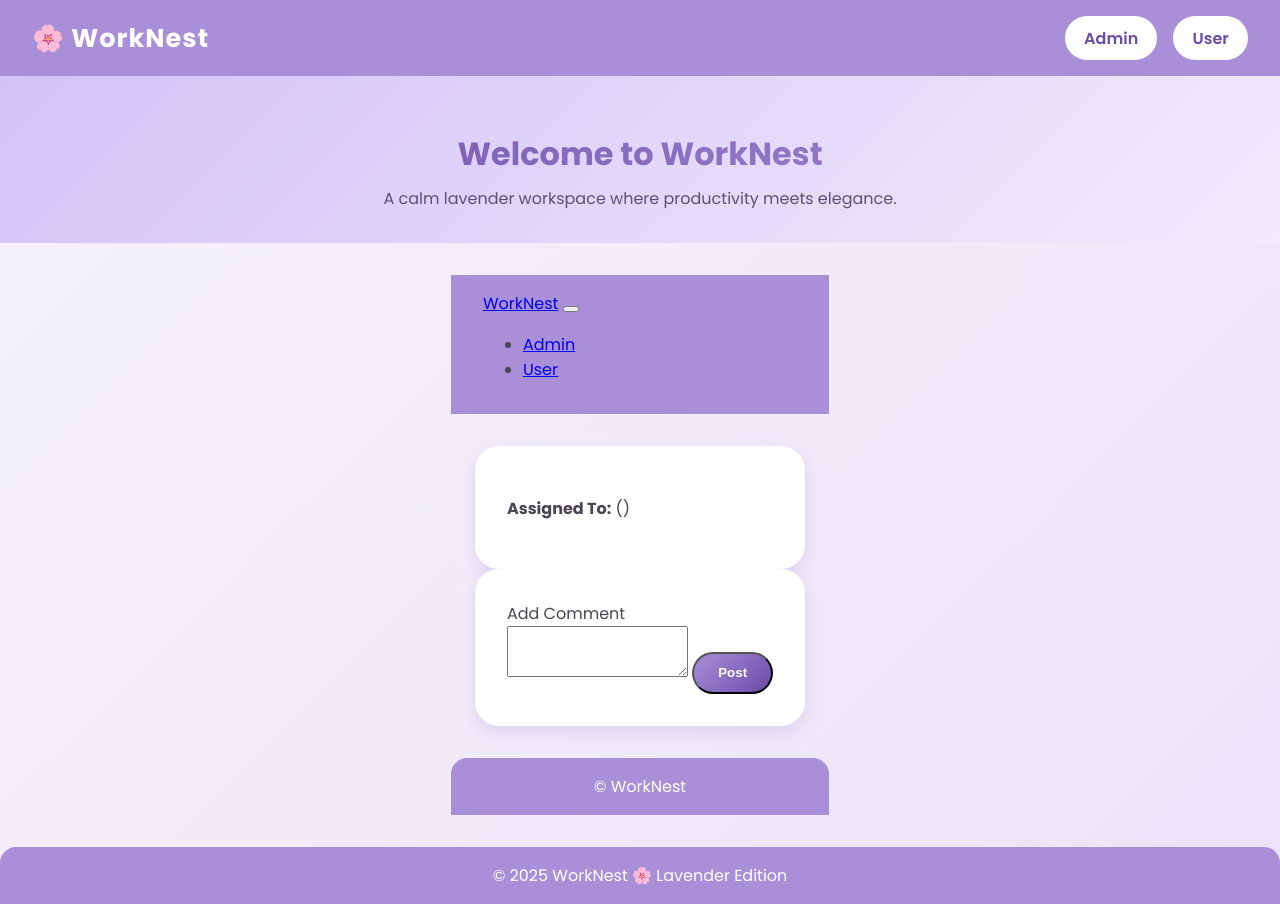
Repository: Sourav5harma/WiproProject
Page: http://localhost/WorkNestApp/WEB-INF/jsp/task-view.jsp
These files come from the project's save history. The page is drawn as it stood at one moment and after the next save; the edit follows.
The browser window is 1280 px wide. The pictures show the whole page.
The page is served by Tomcat 9. Nobody is signed in. Other server files are loaded and not shown. The template is opened directly, without the code that normally fills it, so the values that code supplies are empty.

Above is the page before, as saved 2025-08-26 02:46:21.

### WorkNestApp/src/main/webapp/WEB-INF/jsp/task-view.jsp
<%@ page contentType="text/html;charset=UTF-8" language="java" %>
<%@ taglib prefix="c" uri="http://java.sun.com/jsp/jstl/core" %>
<!DOCTYPE html>
<html lang="en">
<head>
  <title>WorkNest</title>
  <link href="https://fonts.googleapis.com/css2?family=Poppins:wght@400;600;700&display=swap" rel="stylesheet">
  <style>
    body { margin:0; min-height:100vh; display:flex; flex-direction:column;
           font-family:'Poppins',sans-serif; background:linear-gradient(135deg,#f6f3fa,#ebe3f8); color:#4b4453; }
    nav { display:flex; justify-content:space-between; align-items:center; background:#a88fd8; padding:1rem 2rem; }
    nav .title { font-size:1.6rem; font-weight:700; color:white; letter-spacing:1px; }
    nav .actions { display:flex; gap:1rem; }
    nav .actions a { padding:0.6rem 1.2rem; border-radius:30px; background:white; color:#6a4ba8;
                     font-weight:600; text-decoration:none; transition:all 0.3s ease; }
    nav .actions a:hover { background:#d3c2f7; color:white; }
    .hero { text-align:center; padding:2rem 1rem; background:linear-gradient(135deg,#d3c2f7,#f1ebfc); }
    .hero h1 { font-size:2rem; margin-bottom:0.5rem; background:linear-gradient(to right,#6a4ba8,#a88fd8);
               -webkit-background-clip:text; -webkit-text-fill-color:transparent; }
    .hero p { font-size:1rem; color:#5a5270; max-width:600px; margin:0 auto; }
    .container { flex-grow:1; max-width:1000px; margin:2rem auto; padding:0 1.5rem; }
    .card { background:white; padding:2rem; border-radius:1.5rem; box-shadow:0 6px 16px rgba(168,143,216,0.25);
            transition:transform 0.3s, box-shadow 0.3s; }
    .card:hover { transform:translateY(-6px); box-shadow:0 10px 22px rgba(168,143,216,0.35); }
    footer { background:#a88fd8; color:white; padding:1rem; text-align:center; border-top-left-radius:1rem;
             border-top-right-radius:1rem; margin-top:auto; }
    .btn { display:inline-block; padding:0.7rem 1.5rem; border-radius:50px;
           background:linear-gradient(135deg,#a88fd8,#6a4ba8); color:white; font-weight:600; text-decoration:none; transition:all 0.3s ease; }
    .btn:hover { box-shadow:0 6px 16px rgba(168,143,216,0.4); transform:translateY(-2px); }
  </style>
</head>
<body>
<nav>
  <div class="title">🌸 WorkNest</div>
  <div class="actions">
    <a href="<c:url value='/admin/login'/>">Admin</a>
    <a href="<c:url value='/user/login'/>">User</a>
  </div>
</nav>
<div class="hero">
  <h1>Welcome to WorkNest</h1>
  <p>A calm lavender workspace where productivity meets elegance.</p>
</div>
<div class="container">

<nav class="navbar navbar-expand-lg navbar-dark bg-primary">
  <div class="container-fluid">
    <a class="navbar-brand fw-bold" href="<c:url value='/'/>">WorkNest</a>
    <button class="navbar-toggler" type="button" data-bs-toggle="collapse" data-bs-target="#nav">
      <span class="navbar-toggler-icon"></span>
    </button>
    <div class="collapse navbar-collapse" id="nav">
      <ul class="navbar-nav ms-auto">
        <li class="nav-item"><a class="nav-link" href="<c:url value='/admin/login'/>">Admin</a></li>
        <li class="nav-item"><a class="nav-link" href="<c:url value='/user/login'/>">User</a></li>
      </ul>
    </div>
  </div>
</nav>
<div class="container my-4">

<div class="row">
  <div class="col-lg-8">
    <div class="card shadow-sm mb-3">
      <div class="card-body">
        <h3>${task.title}</h3>
        <p class="text-muted">${task.description}</p>
        <span class="badge bg-info">${task.status}</span>
        <p class="mt-2"><strong>Assigned To:</strong> ${task.assignedUser.name} (${task.assignedUser.email})</p>
      </div>
    </div>

    <div class="card shadow-sm">
      <div class="card-header">Add Comment</div>
      <div class="card-body">
        <form method="post" action="<c:url value='/comments/add/${task.taskId}'/>">
          <textarea name="content" class="form-control mb-2" rows="3" required></textarea>
          <button class="btn btn-primary">Post</button>
        </form>
      </div>
    </div>
  </div>
</div>

</div>
<footer class="text-center text-muted py-4">© WorkNest</footer>

</div>
<footer>© 2025 WorkNest 🌸 Lavender Edition</footer>
</body>
</html>

After the next save:
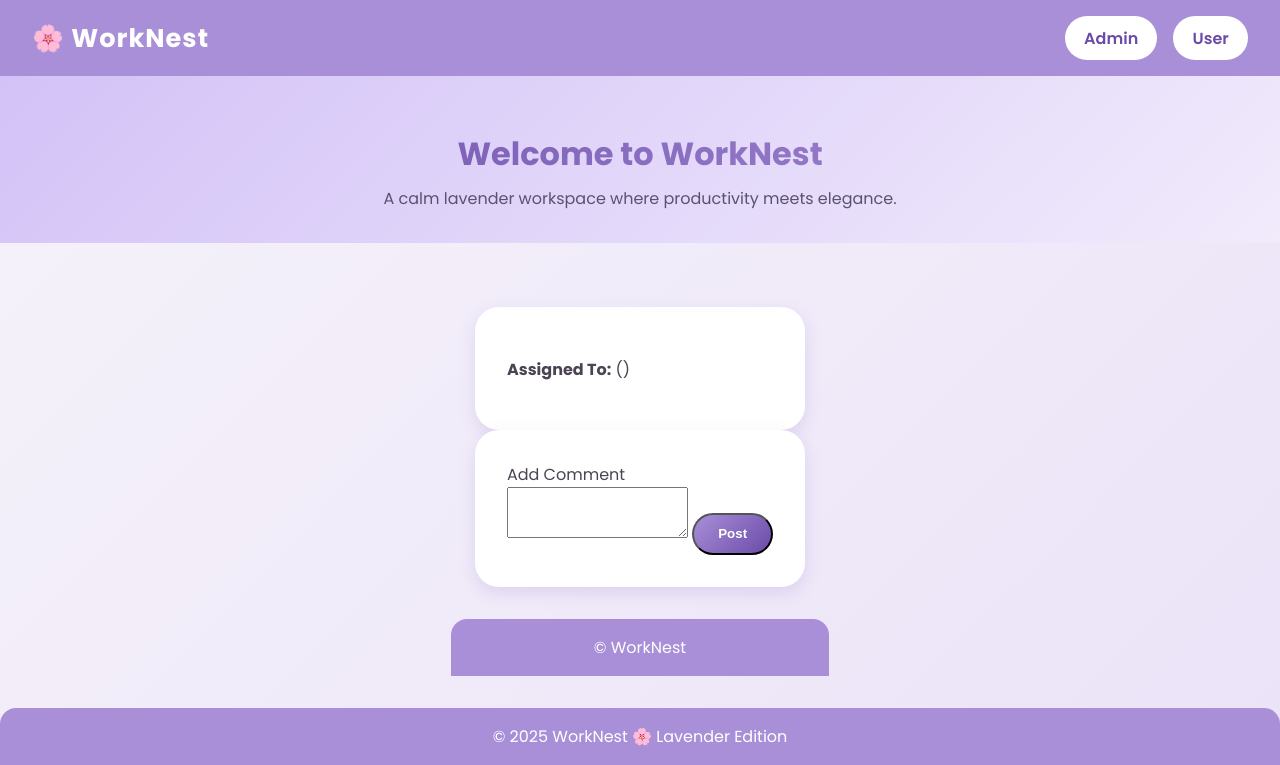
Saved 3 s later.
--- a/WorkNestApp/src/main/webapp/WEB-INF/jsp/task-view.jsp
+++ b/WorkNestApp/src/main/webapp/WEB-INF/jsp/task-view.jsp
@@ -43,7 +43,7 @@
 </div>
 <div class="container">
 
-<nav class="navbar navbar-expand-lg navbar-dark bg-primary">
+<%-- <nav class="navbar navbar-expand-lg navbar-dark bg-primary">
   <div class="container-fluid">
     <a class="navbar-brand fw-bold" href="<c:url value='/'/>">WorkNest</a>
     <button class="navbar-toggler" type="button" data-bs-toggle="collapse" data-bs-target="#nav">
@@ -56,7 +56,7 @@
       </ul>
     </div>
   </div>
-</nav>
+</nav> --%>
 <div class="container my-4">
 
 <div class="row">
